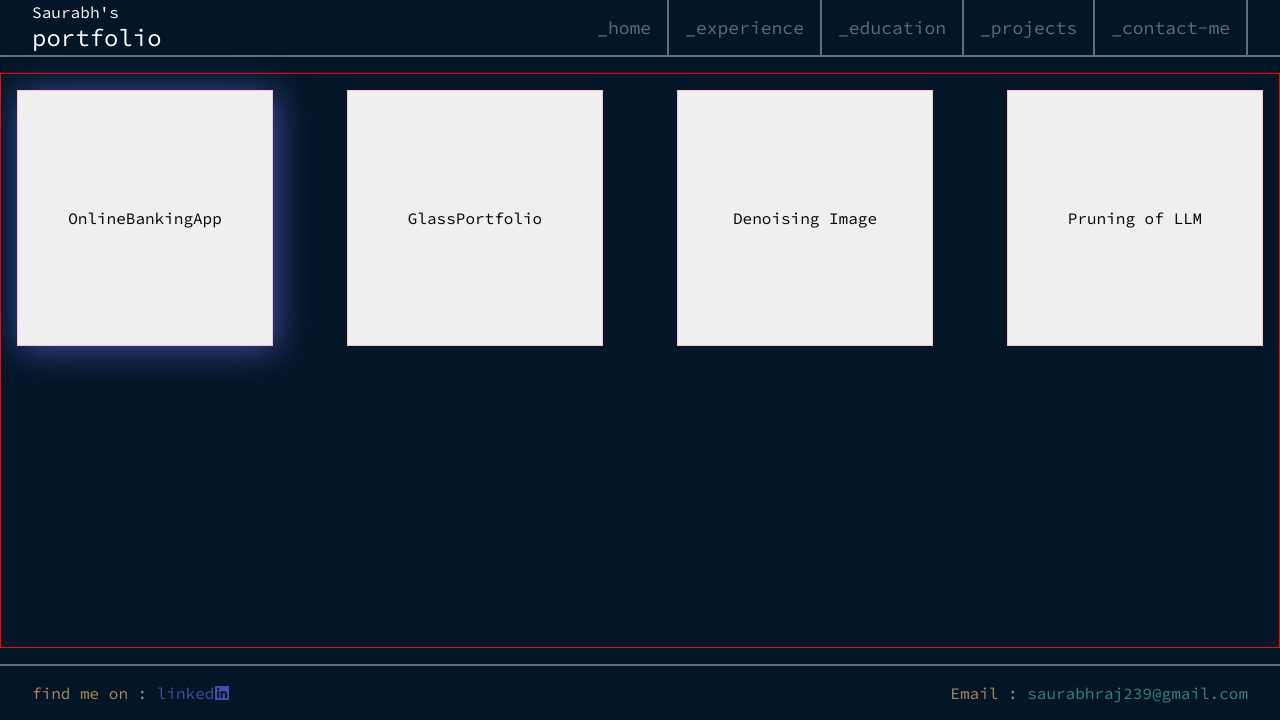
Repository: saurabhraj23/FrontendReactPortfolio
Page: /projects
These files come from the project's save history. The page is drawn as it stood at one moment and after the next save; the edit follows.
The browser window is 1280 px wide. The pictures show the whole page.
The pointer rests on the first visible `.project-item`.
The project was rebuilt for these pictures with package versions that can differ from the ones it lists, and the page was loaded fresh each time. Also part of the build but not shown: vite.config.js, src/components/Education.jsx, src/components/Experience.jsx, src/components/Contacts.jsx, src/styles/default-page.css, src/components/DefaultPage.jsx.

Above is the page before, as saved 2024-07-23 00:06:38.

### src/App.jsx
import React from "react";
import { BrowserRouter as Router, Route, Routes } from "react-router-dom";
import "./styles/App.css";
import Home from "./components/Home";
import Education from "./components/Education";
import Experience from "./components/Experience";
import Contacts from "./components/Contacts";
import Projects from "./components/Projects";
import Heading from "./components/Heading";
import Footer from "./components/Footer";
import DefaultPage from "./components/DefaultPage";

function App() {
  return (
    <div className="main">
      <Router>
        <Heading />
        <Routes>
          <Route path="/" element={<Home />}>
            <Route path="/" element={<DefaultPage />} />
            <Route path="/education" element={<Education />} />
            <Route path="/experience" element={<Experience />} />
            <Route path="/contacts" element={<Contacts />} />
            <Route path="/projects" element={<Projects />} />
          </Route>
        </Routes>
        <Footer />
      </Router>
    </div>
  );
}

export default App;

### src/styles/App.css
@import "./color.css";
@import "./experience.css";
@import "./education.css";
@import "./project.css";
@import "./header.css";
@import "./contact-me.css";
@import "./footer.css";
@import "./default-page.css";


*{
  margin:0;
  padding: 0;
  box-sizing: border-box;
  font-family: "Source Code Pro";
  font-weight: 400;
}

.main{
  background-color: var(--bg-color);
  color: var(--primary-white);
  height: 100vh;
  width: 100%;
  display: grid;
  grid-template-rows: 1fr 8fr 1fr;
  grid-template-columns: 4fr 3fr;
padding: 0;
}

### src/components/Home.jsx
import React from "react";
import { Outlet } from "react-router-dom";

function Home() {
  return (
    <>
      <Outlet />
    </>
  );
}

export default Home;

### src/components/Projects.jsx
import React from "react";
import "../styles/App.css";
import { Link } from "react-router-dom";

function Projects() {
  return (
    <>
      <div className="projects-left-side"></div>
      <div className="projects-right-side">
        <Link to={"https://github.com/saurabhraj23/OnlineBankingAppKPMG"}>
          <button className="project-item">OnlineBankingApp</button>
        </Link>
        <Link to={"https://github.com/saurabhraj23/Glass-Portfolio"}>
          <button className="project-item">GlassPortfolio</button>
        </Link>
        <Link to={"https://github.com/saurabhraj23/Denoising-Image"}>
          <button className="project-item">Denoising Image</button>
        </Link>
        <Link to={"https://github.com/saurabhraj23/Pruning"}>
          <button className="project-item">Pruning of LLM</button>
        </Link>
      </div>
    </>
  );
}

export default Projects;

### src/components/Heading.jsx
import React from "react";
import Navbar from "./Navbar";
function Heading() {
  return (
    <header className={"heading"}>
      <h2>
        <h6>Saurabh's</h6>
        portfolio
      </h2>
      <Navbar />
    </header>
  );
}

export default Heading;

### src/components/Footer.jsx
import React from "react";
import { Link } from "react-router-dom";
import { FaLinkedin } from "react-icons/fa";

function Footer() {
  return (
    <footer className="footer">
      <div>
        <span>find me on</span> <span>&nbsp;:</span>
        <Link to={"https://www.linkedin.com/in/saurabhraj239/"}>
          <span>
            &nbsp;linked
            <FaLinkedin />
          </span>
        </Link>
      </div>
      <div>
        <span>Email</span> <span> :</span>
        <span> saurabhraj239@gmail.com</span>
      </div>
    </footer>
  );
}

export default Footer;

### src/styles/color.css
@import url('https://fonts.googleapis.com/css2?family=Source+Code+Pro:ital,wght@0,200..900;1,200..900&display=swap');

:root {
--bg-color:#031627;
--primary-white:#fff;
--primary-dark:#d3d0d076;
--secondary-blue:#424ea6;
--tertiary-green:#37857e;
--tertiary-green-dark:#77E4C8;
--tertiary-brown-light:#D4BDAC;
--tertiary-orange:#b0855a;

}

### src/styles/experience.css
@import "./color.css";

.experience-left-side{
  display: none;
}
.experience-right-side{
  margin: 2rem;
  grid-column: 1/3;

}
.experience-right-side > div:first-child{
  display: flex;
  justify-content: space-between;
}
.experience-right-side>div:first-child>span:nth-child(2) span{
display: inline-block;
}
.experience-right-side>div:first-child>span:nth-child(2)>span:nth-child(2){
  animation: present 2s infinite alternate ease-in-out;

}

@keyframes present {
  from{

    opacity: 0;
  }
  to{

    opacity: 1;
  }
}

.experience-right-side>div:first-child>span:first-child{
  font-size: 1.4rem;
  color: var(--secondary-blue);
  font-weight: 600;
  margin-bottom: 3rem;
  text-decoration: underline;
}

.experience-right-side span{
  display: block;
}

.internship-details{
  display: flex;
  flex-direction: column;
}
.internship-details>span:first-child{
  font-size: 1.2rem;
  color: var(--tertiary-green);
  font-weight: 600;
  letter-spacing: 0.2rem;
  margin-bottom:1rem ;


}
.internship-details>span:nth-child(2){
  /* letter-spacing: 0.1rem; */
  color: var(--tertiary-brown-light);

}

.internship-details>span:nth-child(2)>span:first-child{
  font-size: 1.1rem;
  font-weight: 500;
  color: var(--tertiary-orange);

}


.internship-details>span:first-child span{
  display: inline-block;

}

.internship-details>span:nth-child(2)>span:first-child{
  letter-spacing: 0.2rem;
}

.internship-details>span:first-child>span:first-child{
  animation: arrowMove 1.6s infinite alternate ease-in-out;
  }

.fte-details{
  display: flex;
  flex-direction: column;
  margin-top: 2rem;

}
.fte-details>span:first-child{
  font-size: 1.2rem;
  color: var(--tertiary-green);
  font-weight: 600;
  letter-spacing: 0.2rem;
  margin-bottom: 1rem;

}

.fte-details>span:nth-child(2){
  color: var(--tertiary-brown-light);
}

.fte-details>span:nth-child(2)>span:nth-child(1)>span:first-child{
  color: var(--tertiary-orange);
  font-size: 1.1rem;
  font-weight: 500;
  }

.fte-details>span:nth-child(2)>span:nth-child(2)>span:first-child{
  letter-spacing: 0.2rem;
}
.fte-details>span:nth-child(2)>span:nth-child(1)>span:first-child{
  letter-spacing: 0.2rem;
}

.fte-details>span:nth-child(2)>span:nth-child(2){
  margin-top: 1rem;
}
.fte-details>span:nth-child(2)>span:nth-child(2)>span:first-child{
font-size: 1.1rem;
font-weight: 500;
color: var(--tertiary-orange);
}

.fte-details>span:first-child span{
  display: inline-block;
}

.fte-details>span:first-child>span:first-child{
animation: arrowMove 1.6s infinite alternate ease-in-out;
}

@keyframes arrowMove {
  from{
    transform: translateX(-0.6rem);
  }
  to{
    transform: translateX(0);
  }
}

.current-working  span{
  display: inline-block;
  animation: colorChange 2s infinite alternate ease-in-out ;

}

@keyframes colorChange {
  from{
color: var(--tertiary-brown-light);
  }

  to{
    color: var(--primary-white);

  }
}
.current-working{
  display: flex;
  flex-direction: row;
}

### src/styles/education.css
 @import "./color.css";

.education-left-side{
  display: none;
}
.education-right-side{
  margin: 2rem ;
  grid-column: 1/3;

}

.education-right-side{
  display: flex;
  flex-direction: column;
}

.degrees{
  display: flex;
  justify-content: space-between;
  margin-bottom: 2rem;
}

.degrees>span:first-child>h2{
  color: var(--tertiary-orange);
}
.degrees>span:first-child>h4{
  color: var(--tertiary-green);
}
.degrees>span:first-child>h5{
  color: var(--tertiary-brown-light);
  font-weight: 600;
}

.degrees>span:first-child>h3{
  display: flex;
  flex-direction: row;
}

.degrees>span:first-child>h3>span:nth-child(2){
  color: var(--tertiary-green-dark);
  animation: passed 2s infinite alternate ease-in-out;
}

@keyframes passed {
  from{
opacity: 0;
  }
  to{
opacity: 1;
  }
}
.degrees span:first-child {
  display: flex;
  flex-direction: column;
  gap: 0.6rem;
}
.degree-year{
  color: var(--tertiary-orange);
}

### src/styles/project.css
.projects-left-side{
  border: 1px solid red;
  display: none;
}
.projects-right-side{
  border: 1px solid red;
  grid-column: 1/3;
  display: flex;
  justify-content: space-between;
  padding:1rem ;
}

.project-item{
  border: 1px solid pink;
width: 20vw;
height: 20vw;
box-sizing: border-box;
font-size: 1rem;
}

.project-item:hover{
cursor: pointer;
box-shadow: 0.2rem 0.2rem 2rem 0 var(--secondary-blue);
}

### src/styles/header.css
.heading{
  grid-column: 1/3;
  display: flex;
  justify-content: space-between;
  align-items: center;
  border-bottom: 0.16rem solid var(--primary-dark);
  padding:0 2rem;
  margin-bottom: 1rem;
  }

  nav button{
    padding: 1rem;
    background-color: transparent;
    cursor: pointer;
    font-size: large;
    color: var(--primary-dark);
    border: none;
    border-right: 0.16rem solid var(--primary-dark);
  }

  nav button:hover{
    color: var(--primary-white);
    box-shadow: inset 0 -0.16rem 0 0 var(--tertiary-green);

  }

  .active{
    /* box-shadow: inset 0 -0.16rem 0 0 var(--tertiary-green); */
    color: var(--tertiary-green);
  }

### src/styles/contact-me.css
@import "../styles/color.css";

.contact-me-left-side{
  display: none;
}

.contact-me-right-side{
  grid-column: 1/3;
  display: grid;
  grid-template-columns: 2fr 1.1fr;
padding:  0 2rem;
}

.contact-me-left{
  /* border: 1px solid green; */
  padding: 1rem 2rem;
display: flex;
flex-direction: column;
gap: 0.7rem;

}

.contact-me-right{
  background-color: var(--primary-white);
  border-radius: 3%;
  padding: 1rem 2rem;
  color: var(--tertiary-green);
}

.image{
display: flex;
flex-direction: column;
align-items: center;
justify-content: center;
position: relative;
}

.image>img{
  width: 40%;
  object-fit: contain;
  border-radius: 50%;
  position: relative;
  z-index: 10;
}

.contact-me-left>span:first-child {
  font-size: 2.2rem;
  letter-spacing: 0.4rem;
  font-weight: 500;
}
.contact-me-left>span:first-child span{
  font-size: 2rem;
  letter-spacing: 0.4rem;
  color: var(--tertiary-green-dark);
  font-weight: 500;

}

.contact-me-left span{
  font-size: 1rem;
}
.contact-me-left a{
  text-decoration: none;
}
.contact-me-left a:visited{
color: var(--primary-white);
}

.circle{
  /* border: 1px solid red; */
  width: 44%;
  padding-top: 44%;
  border-radius: 50%;
  position: absolute;
  background-color: var(--tertiary-green);
  /* transform: translateX(-4rem); */
  z-index: 8;
  animation: round 4s infinite alternate ease-in-out;
}

@keyframes round {
  from{
background-color: val(--bg-color);
transform: scale(0);
  }
  50%{
    background-color: val(--secondary-blue);
    transform: scale(0.9);
  }
  to{
    background-color: val(--tertiary-green);
    transform: scale(1);
  }
}

.contact-details>span:first-child{
color: var(--tertiary-green-dark);
}

form{
display: flex;
flex-direction: column;
font-size: larger;
letter-spacing: 0.1rem;


}
.contact-me-form-heading{
text-align: center;
font-size: 2rem;
  width: 100%;

padding: 0.6rem;
border-radius: 0.4rem;
letter-spacing: 0.2rem;
box-shadow: 0 0.12rem 0 0.2rem var(--tertiary-green);

}


.contact-me-form-heading>span{

}

.fields{
  display: flex;
  flex-direction: column;
  margin-top: 1.8rem;

}

.fields>input{
  height: 2rem;
  border: none;
  outline: none;
  border-bottom: 0.16rem solid var(--primary-dark);
  font-size: 1rem;
  box-sizing:border-box;
  padding: 0.6rem;
  letter-spacing: 0.1rem;


}

.fields>input:focus{
border-bottom: 0.2rem solid var(--tertiary-green);

}

form div:nth-of-type(5)>textarea{
/* height: 8rem; */
outline: 0.12rem solid var(--primary-dark);
border-radius: 0.4rem;
padding-left: 1rem;
margin-top: 1rem;
padding: 0;
border: none;
border-bottom: 0.16rem solid var(--primary-dark);
font-size: 1rem;
resize: none;
box-sizing: border-box;
padding:0.6rem ;
}

.fields>textarea:focus{
  /* border-bottom: 0.2rem solid var(--tertiary-green); */
  box-shadow: 0 0.2rem 0 0 var(--tertiary-green)

  }

form> button{
font-size: large;
padding: 0.6rem 0.6rem;
border-radius: 2rem;
border: none;
cursor: pointer;
color: var(--primary-white);
background-color: var(--tertiary-green);
margin-top: 1rem;
}

.radio{
  display: flex;
  flex-direction: row;
  justify-content: space-evenly;
padding-top: 2rem;
}

.radio>span>label{
margin-left: 1rem;
/* font-size: larger; */
}

.radio>span>input{
  scale: 1.2;
  }

### src/styles/footer.css
.footer{
  grid-column: 1/3;
  display: flex;
  flex-direction: row;
  justify-content: space-between;
  align-items: center;
  padding: 0 2rem;
  border-top: 0.16rem solid var(--primary-dark);
margin-top: 1rem;
}

.footer > div:first-child{
  display: flex;
  align-items: center;
  justify-content: center;
}

.footer > div:first-child > span:first-child{
  color: var(--tertiary-orange);
}
.footer > div:first-child > a>span{
  color: var(--secondary-blue);
  display: flex;
  align-items: center;
  justify-content: center;
}

.footer > div:nth-of-type(2) > span:nth-of-type(1){
  color: var(--tertiary-orange);
}
.footer > div:nth-of-type(2) > span:nth-of-type(3){
  color: var(--tertiary-green);
}

.footer>div:first-child >a{
text-decoration: none;
color: var(--secondary-blue);
}

.footer>div:first-child span:nth-child(2){
  animation: blink 2s infinite alternate linear;
}
.footer>div:last-child span:nth-child(2){
  animation: blink 2s infinite alternate linear;
  color: white;
}

@keyframes blink {
  from{
    opacity: 0;
  }
  to{
    opacity: 1;
  }
}

### src/components/Navbar.jsx
import React, { useRef, useState } from "react";
import { Link } from "react-router-dom";

function Navbar() {
  const navBar = [
    { path: "/", label: "_home" },
    { path: "/experience", label: "_experience" },
    { path: "/education", label: "_education" },
    { path: "/projects", label: "_projects" },
    { path: "/contacts", label: "_contact-me" },
  ];

  const [activeIndex, setActiveIndex] = useState(false);

  return (
    <nav>
      {navBar.map((element, idx) => (
        <Link key={idx} to={element.path}>
          <button
            className={activeIndex === idx ? "active" : ""}
            onClick={() => {
              setActiveIndex(idx);
            }}
          >
            {element.label}
          </button>
        </Link>
      ))}
    </nav>
  );
}

export default Navbar;

Loaded but not shown: index.html (common file); src/main.jsx (common file); src/index.css (no stored copy; drawn as an empty file)

After the next save:
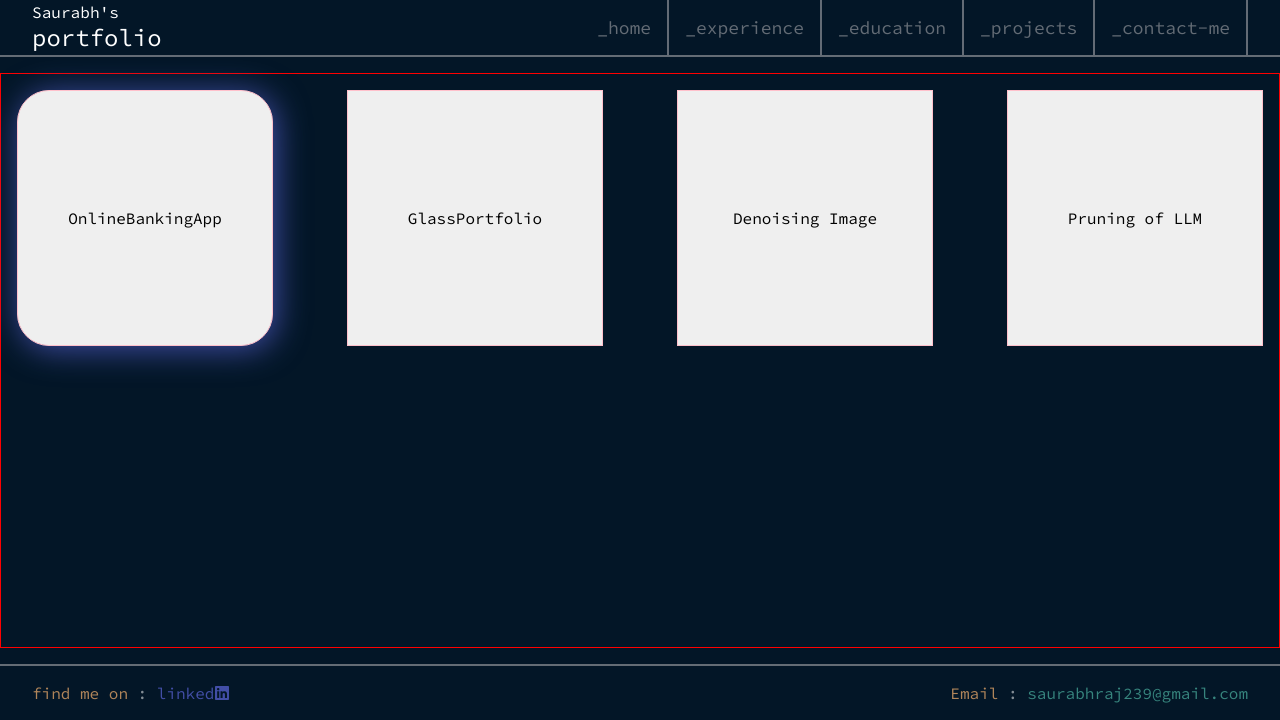
Saved 65 s later.
--- a/src/styles/project.css
+++ b/src/styles/project.css
@@ -21,4 +21,5 @@ font-size: 1rem;
 .project-item:hover{
 cursor: pointer;
 box-shadow: 0.2rem 0.2rem 2rem 0 var(--secondary-blue);
+border-radius:2rem ;
 }
